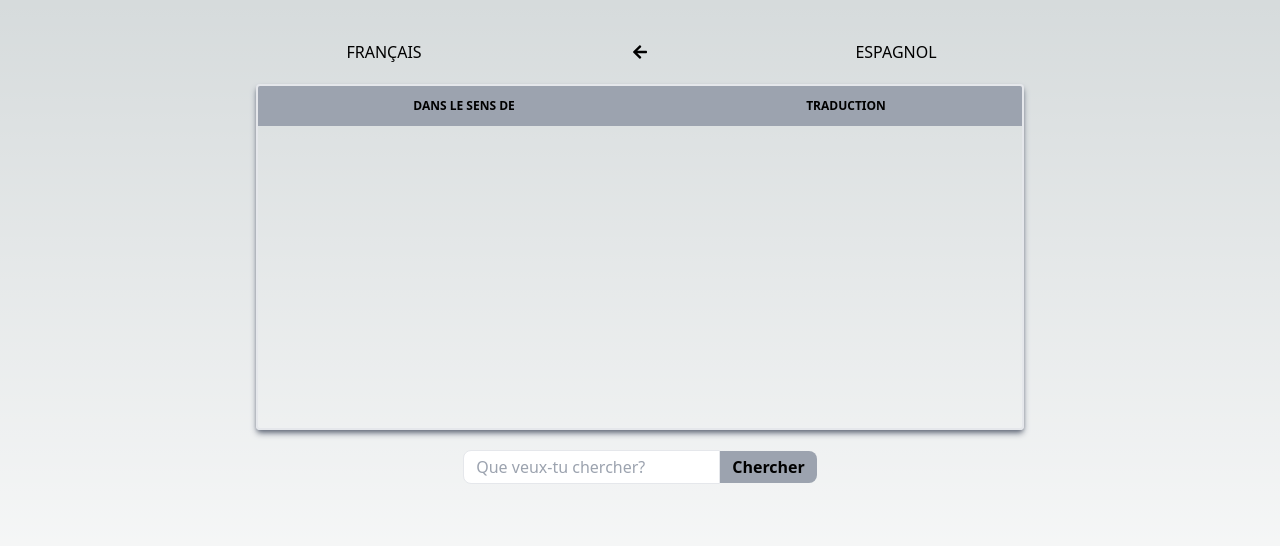
Repository: All-Khwarizmi/Dico
Page: /
These files come from the project's save history. The page is drawn as it stood at one moment and after the next save; the edit follows.
The browser window is 1280 px wide. The pictures show the whole page.
The project was rebuilt for these pictures with package versions that can differ from the ones it lists, and the page was loaded fresh each time. The framework's server and built-in components were replaced by stand-ins that run in the browser. Also part of the build but not shown: next.config.js, vite.config.ts.

Above is the page before, as saved 2023-02-17 18:42:33.

After the next save:
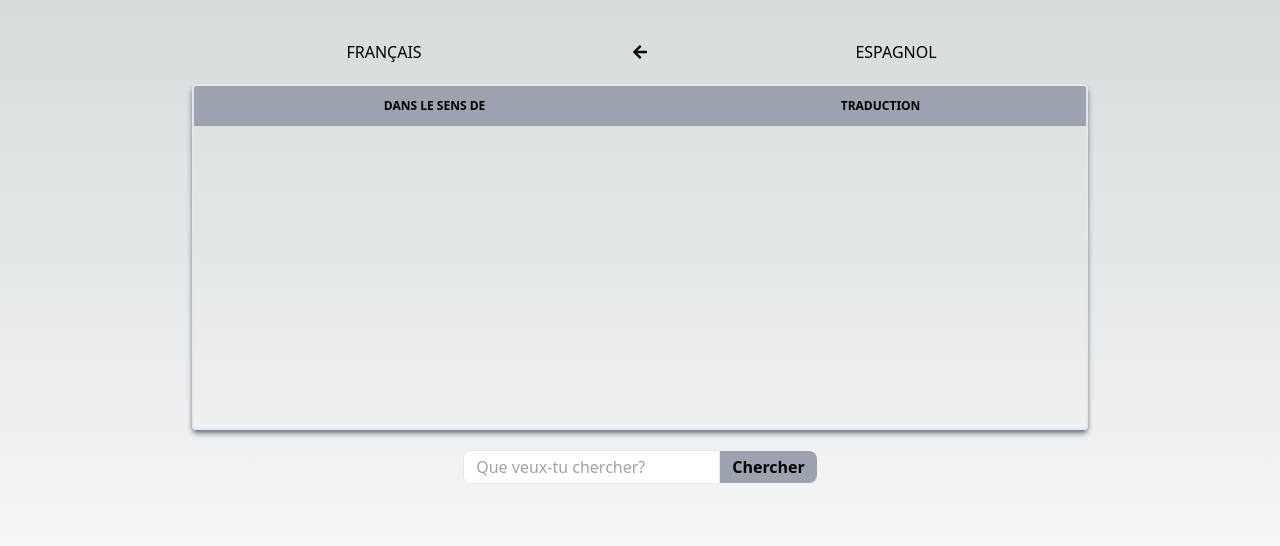
Saved 20 s later.
--- a/src/app/page.tsx
+++ b/src/app/page.tsx
@@ -108,7 +108,7 @@ export default function Home() {
         )}
       </div>
       <div className='flex h-[80%] flex-col  items-center gap-5'>
-        <div className=' h-[60%] max-h-[80%] w-[60%] overflow-scroll rounded border-2 border-solid dark:border-gray-600 shadow-md shadow-gray-500 '>
+        <div className=' h-[60%] max-h-[80%] w-[70%] overflow-scroll rounded border-2 border-solid dark:border-gray-600 shadow-md shadow-gray-500 '>
           <div className='text-black '>
             <div className=''>
               <table className='  relative w-full text-left text-sm text-gray-500 dark:text-gray-400'>
